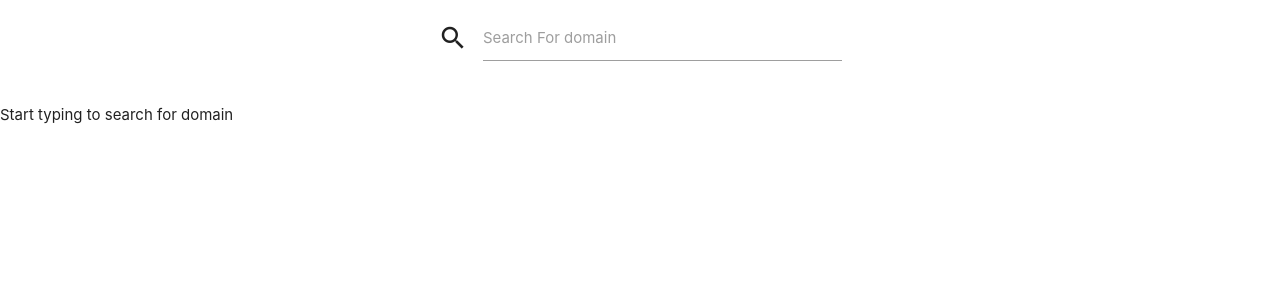
Repository: habib-urrehmaan/domain-name-searcher
Page: / (app in client/)
The author's editor kept a copy of each file at every save. The page is drawn from the files as they stood at one save, then again after the next save.
The browser window is 1280 px wide. The pictures show the whole page.
The project was rebuilt for these pictures with package versions that can differ from the ones it lists, and the page was loaded fresh each time.

Above is the page before, as saved 2020-04-17 18:05:00.

After the next save:
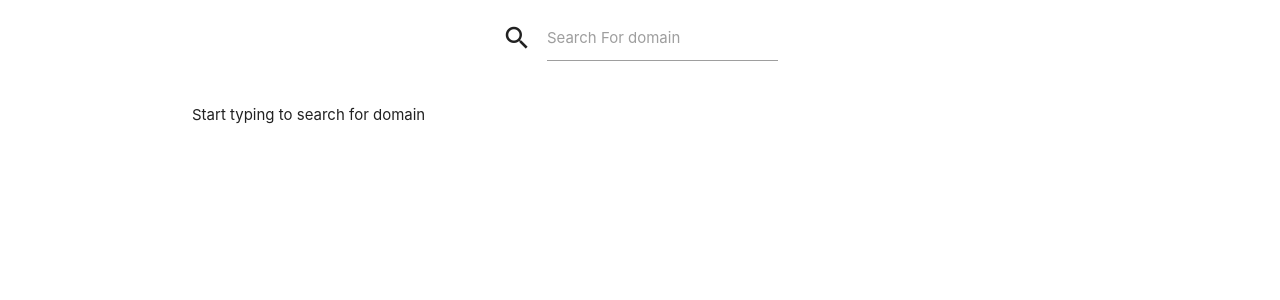
Saved 4 s later.
--- a/client/src/App.js
+++ b/client/src/App.js
@@ -25,7 +25,7 @@ class App extends React.Component {
   render()
   {
     return (
-      <div className="App">
+      <div className="App container">
         <Search setOutput={this.setAppOutput}/>
         <Output data={this.state.output}/>
       </div>
